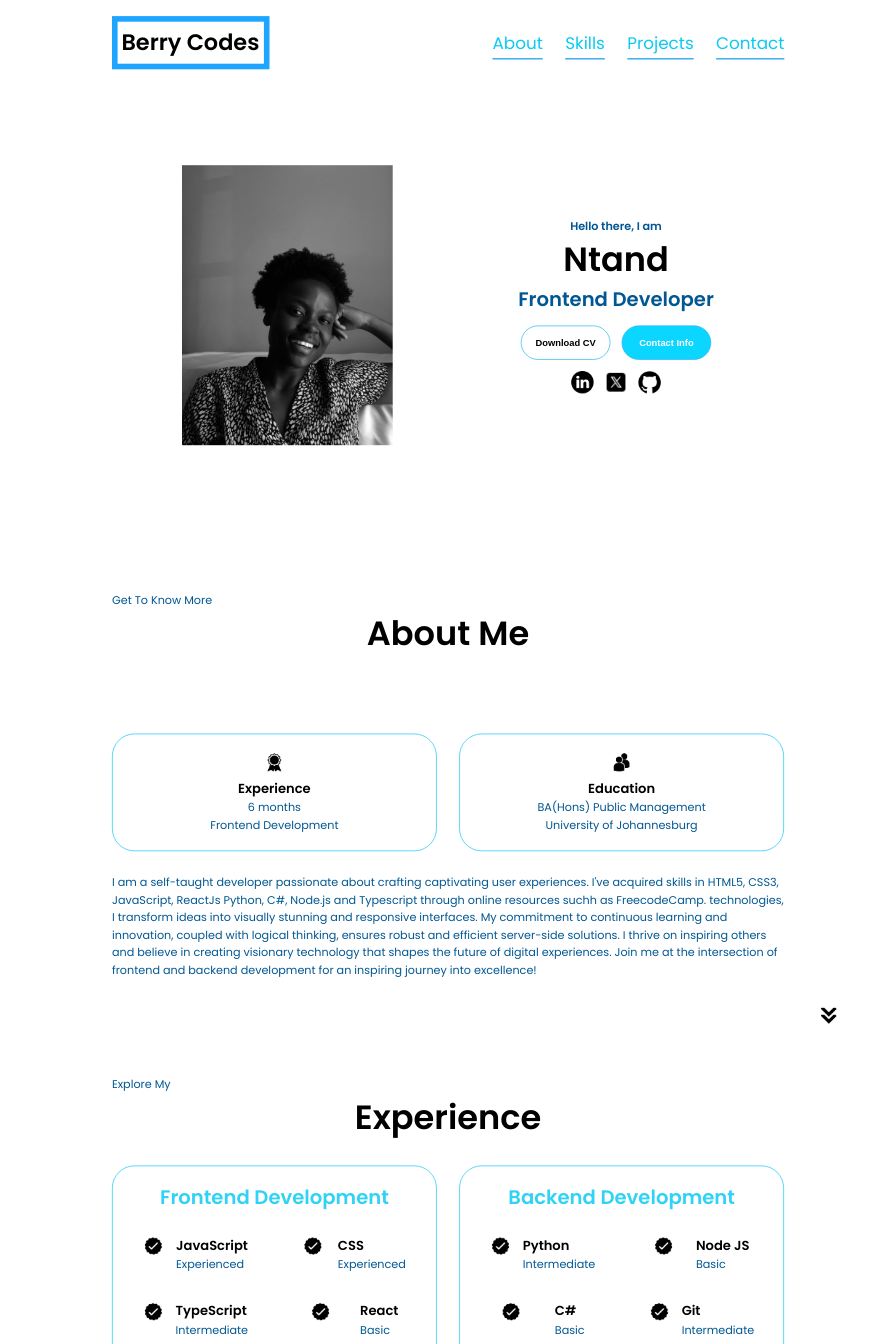
Repository: ntandomagana/FS-Dev-Portfolio
Page: index.html
An editor plug-in stored every save of this project. The page is shown before and after the next save, followed by the edit.
The browser window is 1280 px wide. The pictures show the part of the page from y = 0 to 1920 px (the page is 3177 px tall), at 70% of full size.

Above is the page before, as saved 2024-05-04 22:50:40.

### index.html
<!DOCTYPE html>
<html lang="en">
  <head>
    <meta charset="UTF-8" />
    <meta http-equiv="X-UA-Compatible" content="IE=edge" />
    <meta name="viewport" content="width=device-width, initial-scale=1.0" />
    <title>My Portfolio</title>
    <link rel="stylesheet" href="style.css" />
    <link rel="stylesheet" href="mediaqueries.css" />
  </head>
  <body>
    <nav id="desktop-nav">
      <div class="logo">Berry Codes</div>
      <div>
        <ul class="nav-links">
          <li><a href="#about">About</a></li>
          <li><a href="#experience">Skills</a></li>
          <li><a href="#projects">Projects</a></li>
          <li><a href="#contact">Contact</a></li>
        </ul>
      </div>
    </nav>
    <nav id="hamburger-nav">
      <div class="logo">Coding Berry</div>
      <div class="hamburger-menu">
        <div class="hamburger-icon" onclick="toggleMenu()">
          <span></span>
          <span></span>
          <span></span>
        </div>
        <div class="menu-links">
          <li><a href="#about" onclick="toggleMenu()">About</a></li>
          <li><a href="#experience" onclick="toggleMenu()">Skills</a></li>
          <li><a href="#projects" onclick="toggleMenu()">Projects</a></li>
          <li><a href="#contact" onclick="toggleMenu()">Contact</a></li>
        </div>
      </div>
    </nav>
    <section id="profile">
      <div class="section-pic-container">
        <img src="./assets/bwpp.jpg" alt="profile picture" />
      </div>
      <div class="section-text">
        <p class="section-text-p1">Hello there, I am</p>

        <h1 class="title"><span id="typed-text"></span></h1>

        <p class="section-text-p2">Frontend Developer</p>
        <div class="btn-container">
          <button
            class="btn btn-color-2"
            onclick="window.open('./assets/NP Magana - Web Developer.pdf')"
          >
            Download CV
          </button>
          <button class="btn btn-color-1" onclick="location.href='./#contact'">
            Contact Info
          </button>
        </div>
        <div id="socials-container">
          <img
            src="./assets/linkedin.png"
            alt="My LinkedIn profile"
            class="icon"
            onclick="location.href='https://www.linkedin.com/in/ntandoyenkosi-magana-/'"
          />

          <img
            src="./assets/icons8-twitterx-50.png"
            alt="My Github profile"
            class="icon"
            onclick="location.href='https://twitter.com/Sir_M_Charles'"
          />
          <img
            src="./assets/github.png"
            alt="My Github profile"
            class="icon"
            onclick="location.href='https://github.com/ntandomagana'"
          />
        </div>
      </div>
    </section>
    <section id="about">
      <p class="section__text__p1">Get To Know More</p>
      <h1 class="title">About Me</h1>
      <div class="section-container">
        <div class="about-details-container">
          <div class="about-containers">
            <div class="details-container">
              <img
                src="./assets/experience.png"
                alt="Experience icon"
                class="icon"
              />
              <h3>Experience</h3>
              <p>6 months <br />Frontend Development</p>
            </div>
            <div class="details-container">
              <img
                src="./assets/education.png"
                alt="Education icon"
                class="icon"
              />
              <h3>Education</h3>
              <p>BA(Hons) Public Management <br />University of Johannesburg</p>
            </div>
          </div>
          <div class="text-container">
            <p>
              I am a self-taught developer passionate about crafting captivating
              user experiences. I've acquired skills in HTML5, CSS3, JavaScript,
              ReactJs Python, C#, Node.js and Typescript through online
              resources suchh as FreecodeCamp. technologies, I transform ideas
              into visually stunning and responsive interfaces. My commitment to
              continuous learning and innovation, coupled with logical thinking,
              ensures robust and efficient server-side solutions. I thrive on
              inspiring others and believe in creating visionary technology that
              shapes the future of digital experiences. Join me at the
              intersection of frontend and backend development for an inspiring
              journey into excellence!
            </p>
          </div>
        </div>
      </div>
      <img
        src="./assets/arrow.png"
        alt="Arrow icon"
        class="icon arrow"
        onclick="location.href='./#experience'"
      />
    </section>
    <section id="experience">
      <p class="section__text__p1">Explore My</p>
      <h1 class="title">Experience</h1>
      <div class="experience-details-container">
        <div class="about-containers">
          <div class="details-container">
            <h2 class="experience-sub-title">Frontend Development</h2>
            <div class="article-container">
              <article>
                <img
                  src="./assets/checkmark.png"
                  alt="Experience icon"
                  class="icon"
                />
                <div>
                  <h3>JavaScript</h3>
                  <p>Experienced</p>
                </div>
              </article>
              <article>
                <img
                  src="./assets/checkmark.png"
                  alt="Experience icon"
                  class="icon"
                />
                <div>
                  <h3>CSS</h3>
                  <p>Experienced</p>
                </div>
              </article>
              <article>
                <img
                  src="./assets/checkmark.png"
                  alt="Experience icon"
                  class="icon"
                />
                <div>
                  <h3>TypeScript</h3>
                  <p>Intermediate</p>
                </div>
              </article>
              <article>
                <img
                  src="./assets/checkmark.png"
                  alt="Experience icon"
                  class="icon"
                />
                <div>
                  <h3>React</h3>
                  <p>Basic</p>
                </div>
              </article>
              <article></article>
            </div>
          </div>
          <div class="details-container">
            <h2 class="experience-sub-title">Backend Development</h2>
            <div class="article-container">
              <article>
                <img
                  src="./assets/checkmark.png"
                  alt="Experience icon"
                  class="icon"
                />
                <div>
                  <h3>Python</h3>
                  <p>Intermediate</p>
                </div>
              </article>
              <article>
                <img
                  src="./assets/checkmark.png"
                  alt="Experience icon"
                  class="icon"
                />
                <div>
                  <h3>Node JS</h3>
                  <p>Basic</p>
                </div>
              </article>
              <article>
                <img
                  src="./assets/checkmark.png"
                  alt="Experience icon"
                  class="icon"
                />
                <div>
                  <h3>C#</h3>
                  <p>Basic</p>
                </div>
              </article>
              <article>
                <img
                  src="./assets/checkmark.png"
                  alt="Experience icon"
                  class="icon"
                />
                <div>
                  <h3>Git</h3>
                  <p>Intermediate</p>
                </div>
              </article>
            </div>
          </div>
        </div>
      </div>
      <img
        src="./assets/arrow.png"
        alt="Arrow icon"
        class="icon arrow"
        onclick="location.href='./#projects'"
      />
    </section>
    <section id="projects">
      <p class="section__text__p1">View My Recent</p>
      <h1 class="title">Projects</h1>
      <div class="experience-details-container">
        <div class="about-containers">
          <div class="details-container color-container">
            <div class="article-container">
              <img
                src="./assets/coming soon.jpg"
                alt="Project 1"
                class="project-img"
              />
            </div>
            <h2 class="experience-sub-title project-title">Project One</h2>
            <div class="btn-container">
              <button
                class="btn btn-color-2 project-btn"
                onclick="location.href='https://github.com/'"
              >
                Github
              </button>
            </div>
          </div>
          <div class="details-container color-container">
            <div class="article-container">
              <img
                src="./assets/coming soon.jpg"
                alt="Project 2"
                class="project-img"
              />
            </div>
            <h2 class="experience-sub-title project-title">Project Two</h2>
            <div class="btn-container">
              <button
                class="btn btn-color-2 project-btn"
                onclick="location.href='https://github.com/'"
              >
                Github
              </button>
            </div>
          </div>
          <div class="details-container color-container">
            <div class="article-container">
              <img
                src="./assets/coming soon.jpg"
                alt="Project 3"
                class="project-img"
              />
            </div>
            <h2 class="experience-sub-title project-title">Project Three</h2>
            <div class="btn-container">
              <button
                class="btn btn-color-2 project-btn"
                onclick="location.href='https://github.com/'"
              >
                Github
              </button>
            </div>
          </div>
        </div>
      </div>
      <img
        src="./assets/arrow.png"
        alt="Arrow icon"
        class="icon arrow"
        onclick="location.href='./#contact'"
      />
    </section>
    <section id="contact">
      <p class="section__text__p1">Get in Touch</p>
      <h1 class="title">Contact Me</h1>
      <div class="contact-info-upper-container">
        <div class="contact-info-container">
          <img
            src="./assets/email.png"
            alt="Email icon"
            class="icon contact-icon email-icon"
          />
          <p>
            <a href="mailto:ntandomagana@gmail.com">ntandomagana@gmail.com</a>
          </p>
        </div>
        <div class="contact-info-container">
          <img
            src="./assets/linkedin.png"
            alt="LinkedIn icon"
            class="icon contact-icon"
          />
          <p><a href="https://www.linkedin.com">LinkedIn</a></p>
        </div>
      </div>
    </section>
    <footer>
      <nav>
        <div class="nav-links-container">
          <ul class="nav-links">
            <li><a href="#about">About</a></li>
            <li><a href="#experience">Skills</a></li>
            <li><a href="#projects">Projects</a></li>
            <li><a href="#contact">Contact</a></li>
          </ul>
        </div>
      </nav>
      <p>Copyright &#169; 2023 Ntando Magana. All Rights Reserved.</p>
    </footer>
    <script src="script.js"></script>
  </body>
</html>

### style.css
@import url("https://fonts.googleapis.com/css2?family=Poppins:wght@300;400;500;600&display=swap");

* {
  margin: 0;
  padding: 0;
}

body {
  font-family: "Poppins", sans-serif;
}

html {
  scroll-behavior: smooth;
}

p {
  color: #005792;
}

section {
  margin-bottom: 2px;
}

a,
.btn {
  transition: all 300ms ease;
}

nav,
.nav-links {
  display: flex;
}

nav {
  justify-content: space-around;
  align-items: center;
  height: 17vh;
}

.nav-links {
  gap: 2rem;
  list-style-type: none;
  font-size: 1.5rem;
}

a {
  color: rgb(11, 202, 240);
  text-decoration: underline;
  text-underline-offset: 0.8rem;
  text-decoration-color: rgb(51, 169, 237);
}

.logo {
  font-size: 2rem;
}

.logo:hover {
  cursor: default;
}

#hamburger-nav {
  display: none;
}

.hamburger-menu {
  position: relative;
  display: inline-block;
}

.hamburger-icon {
  display: flex;
  flex-direction: column;
  justify-content: space-between;
  height: 24px;
  width: 30px;
  cursor: pointer;
}



.hamburger-icon span {
  width: 100%;
  height: 2px;
  background-color: rgb(9, 255, 255);
  transition: all 0.3 ease-in-out;
}

.menu-links {
  position: absolute;
  top: 100%;
  right: 0;
  background-color: white;
  width: fit-content;
  max-height: 0;
  overflow: hidden;
  transition: all 0.3 ease-in-out;
}

.menu-links a {
  display: block;
  padding: 10px;
  text-align: center;
  font-size: 1.5rem;
  color: rgb(15, 224, 231);
  text-decoration: none;
  transition: all 0.3 ease-in-out;
}

.menu-links li {
  list-style-type: none;
}

.menu-links.open {
  max-height: 300px;
}

.hamburger-icon.open span:first-child {
  transform: rotate(45deg) translate(10px, 5px);
}

.hamburger-icon.open span:nth-child(2) {
  opacity: 0;
}

.hamburger-icon.open span:last-child {
  transform: rotate(-45deg) translate(10px, -5px);
}

.hamburger-icon span:first-child {
  transform: none;
}

.hamburger-icon span:first-child {
  opacity: 1;
}

.hamburger-icon span:first-child {
  transform: none;
}

section {
  padding-top: 4vh;
  height: 96vh;
  margin: 0 10rem;
  box-sizing: border-box;
  min-height: fit-content;
}

.section-container {
  display: flex;
}

#profile {
  display: flex;
  justify-content: center;
  gap: 5rem;
  height: 80vh;
}

.section-pic-container {
  display: flex;
  height: 400px;
  width: 400px;
  margin: auto 0;
}

.section-text {
  align-self: center;
  text-align: center;
}

.section-text p {
  font-weight: 600;
}

.section-text-p1 {
  text-align: center;
}

.section-text-p2 {
  font-size: 1.75rem;
  margin-bottom: 1rem;
}

.title {
  font-size: 3rem;
  text-align: center;
}

#socials-container {
  display: flex;
  justify-content: center;
  margin-top: 1rem;
  gap: 1rem;
}

.icon {
  cursor: pointer;
  height: 2rem;
}

/* BUTTONS */

.btn-container {
  display: flex;
  justify-content: center;
  gap: 1rem;
}

.btn {
  font-weight: 600;
  transition: all 300ms ease;
  padding: 1rem;
  width: 8rem;
  border-radius: 2rem;
}

.btn-color-1,
.btn-color-2 {
  border: rgb(43, 182, 241) 0.1rem solid;
}

.btn-color-1:hover,
.btn-color-2:hover {
  cursor: pointer;
}

.btn-color-1,
.btn-color-2:hover {
  background: rgb(11, 214, 255);
  color: white;
}

.btn-color-1:hover {
  background: rgb(83, 215, 232);
}

.btn-color-2 {
  background: none;
}

.btn-color-2:hover {
  border: rgb(26, 210, 243) 0.2rem solid;
}

.btn-container {
  gap: 1rem;
}

/* ABOUT SECTION */

#about {
  position: relative;
}

.about-containers {
  gap: 2rem;
  margin-bottom: 2rem;
  margin-top: 2rem;
}

.about-details-container {
  justify-content: center;
  flex-direction: column;
}

.about-containers,
.about-details-container {
  display: flex;
}

.arrow {
  position: absolute;
  right: -5rem;
  bottom: 2.5rem;
}

.details-container {
  padding: 1.5rem;
  flex: 1;
  background: white;
  border-radius: 2rem;
  border: rgb(34, 174, 239) 0.1rem solid;
  border-color: rgb(28, 197, 249);
  text-align: center;
}

.section-container {
  gap: 4rem;
  height: 80%;
}

.section__pic-container {
  height: 400px;
  width: 400px;
  margin: auto 0;
}

/* EXPERIENCE SECTION */

#experience {
  position: relative;
}

.experience-sub-title {
  color: rgb(48, 210, 246);
  font-weight: 600;
  font-size: 1.75rem;
  margin-bottom: 2rem;
}

.experience-details-container {
  display: flex;
  justify-content: center;
  flex-direction: column;
}

.article-container {
  display: flex;
  text-align: initial;
  flex-wrap: wrap;
  flex-direction: row;
  gap: 2.5rem;
  justify-content: space-around;
}

article {
  display: flex;
  width: 10rem;
  justify-content: space-around;
  gap: 0.5rem;
}

article .icon {
  cursor: default;
}

/* PROJECTS SECTION */

#projects {
  position: relative;
}

.color-container {
  border-color: rgb(21, 220, 255);
  background: rgb(250, 250, 250);
}

.project-img {
  border-radius: 2rem;
  width: 90%;
  height: 90%;
}

.project-title {
  margin: 1rem;
  color: #00bbf0;
}

.project-btn {
  color: #00bbf0;
  border-color: rgb(18, 217, 252);
}

/* CONTACT */

#contact {
  display: flex;
  justify-content: center;
  flex-direction: column;
  height: 70vh;
}

.contact-info-upper-container {
  display: flex;
  justify-content: center;
  border-radius: 2rem;
  border: rgb(16, 220, 242) 0.1rem solid;
  border-color: rgb(19, 211, 250);
  background: (250, 250, 250);
  margin: 2rem auto;
  padding: 0.5rem;
}

.contact-info-container {
  display: flex;
  align-items: center;
  justify-content: center;
  gap: 0.5rem;
  margin: 1rem;
}

.contact-info-container p {
  font-size: larger;
}

.contact-icon {
  cursor: default;
}

.email-icon {
  height: 2.5rem;
}

footer {
  height: 26vh;
  margin: 0 1rem;
}

footer p {
  text-align: center;
}

/* Add this CSS to your existing style.css or create a new style tag in the head of your HTML */

/* Bold, underline, and bubble effect for the logo */
.logo {
  font-weight: bold;
  text-decoration: wavy;
  display: inline-block;
  position: relative;
  border: 8px solid #1ea5ff; /* Adjust the border thickness and color as needed */
  padding: 6px; /* Adjust the padding as needed */
}

.logo::after {
  content: "";
  position: absolute;
  width: 100%;
  height: 0;
  bottom: 0;
  left: 0;
  opacity: 0;
  border-bottom: 2px solid #fff;
  animation: bubble 0.5s infinite ease-in-out;
}

@keyframes bubble {
  0% {
    height: 0;
    opacity: 0;
  }
  50% {
    height: 100%;
    opacity: 1;
  }
  100% {
    height: 0;
    opacity: 0;
  }
}

### mediaqueries.css
@media screen and (max-width: 1400px) {
  #profile {
    height: 83vh;
    margin-bottom: 6rem;
  }
  .about-containers {
    flex-wrap: wrap;
  }
  #contact,
  #projects {
    height: fit-content;
  }
}

@media screen and (max-width: 1200px) {
  #desktop-nav {
    display: none;
  }
  #hamburger-nav {
    display: flex;
  }
  #experience,
  .experience-details-container {
    margin-top: 2rem;
  }
  #profile,
  .section-container {
    display: block;
  }
  .arrow {
    display: none;
  }
  section,
  .section-container {
    height: fit-content;
  }
  section {
    margin: 0 5%;
  }
  .section__pic-container {
    width: 275px;
    height: 275px;
    margin: 0 auto 2rem;
  }
  .about-containers {
    margin-top: 0;
  }
}

@media screen and (max-width: 600px) {
  #contact,
  footer {
    height: 40vh;
  }
  #profile {
    height: 83vh;
    margin-bottom: 0;
  }
  article {
    font-size: 1rem;
  }
  footer nav {
    height: fit-content;
    margin-bottom: 2rem;
  }
  .about-containers,
  .contact-info-upper-container,
  .btn-container {
    flex-wrap: wrap;
  }
  .contact-info-container {
    margin: 0;
  }
  .contact-info-container p,
  .nav-links li a {
    font-size: 1rem;
  }
  .experience-sub-title {
    font-size: 1.25rem;
  }
  .logo {
    font-size: 1.5rem;
  }
  .nav-links {
    flex-direction: column;
    gap: 0.5rem;
    text-align: center;
  }
  .section__pic-container {
    width: auto;
    height: 46vw;
    justify-content: center;
  }
  .section__text__p2 {
    font-size: 1.25rem;
  }
  .title {
    font-size: 2rem;
  }
  .text-container {
    text-align: justify;
  }
}

### script.js
function toggleMenu() {
  const menu = document.querySelector(".menu-links");
  const icon = document.querySelector(".hamburger-icon");
  menu.classList.toggle("open");
  icon.classList.toggle("open");
}

//Javascript for looped typing effect
const typedText = document.getElementById("typed-text");
const textToType = 'Ntando Magana';

function typeText() {
  let index = 0;

  function type() {
    if (index < textToType.length) {
      typedText.innerHTML += textToType.charAt(index);
      index++;
      setTimeout(type, 200); // typing speed in milliseconds
    } else {
      setTimeout(erase, 300); // wait before erasing
    }
  }

  function erase() {
    if (typedText.innerHTML.length > 0) {
      typedText.innerHTML = typedText.innerHTML.slice(0, -1);
      setTimeout(erase, 300); //erasing speed in ms
    } else {
      index = 0; //Reset index for next typing cycle
      setTimeout(type, 200); // wait before typing again
    }
  }

  type(); // start typing
}

window.onload = typeText;

After the next save:
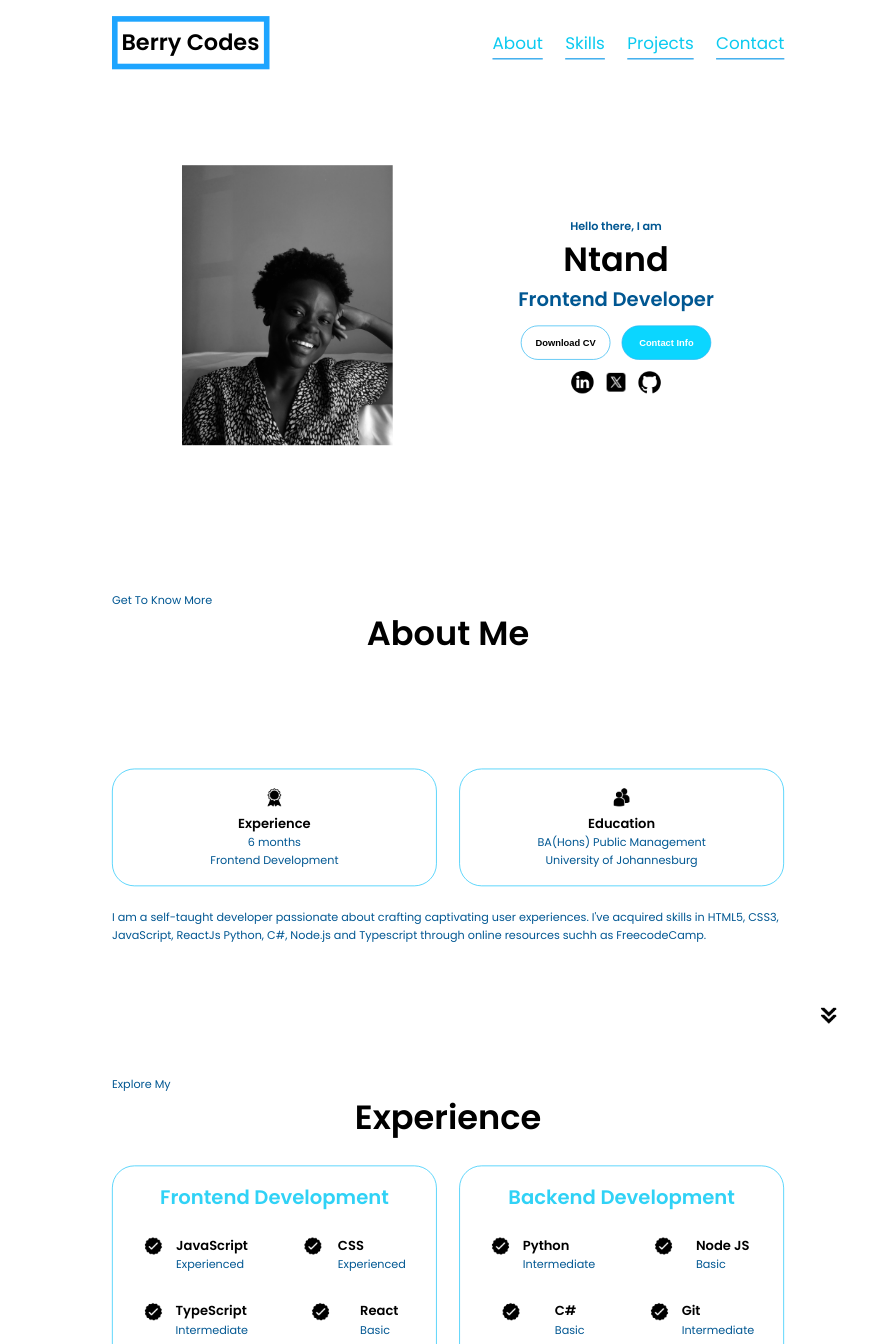
Saved 11 s later.
--- a/index.html
+++ b/index.html
@@ -110,14 +110,7 @@
               I am a self-taught developer passionate about crafting captivating
               user experiences. I've acquired skills in HTML5, CSS3, JavaScript,
               ReactJs Python, C#, Node.js and Typescript through online
-              resources suchh as FreecodeCamp. technologies, I transform ideas
-              into visually stunning and responsive interfaces. My commitment to
-              continuous learning and innovation, coupled with logical thinking,
-              ensures robust and efficient server-side solutions. I thrive on
-              inspiring others and believe in creating visionary technology that
-              shapes the future of digital experiences. Join me at the
-              intersection of frontend and backend development for an inspiring
-              journey into excellence!
+              resources suchh as FreecodeCamp.
             </p>
           </div>
         </div>
